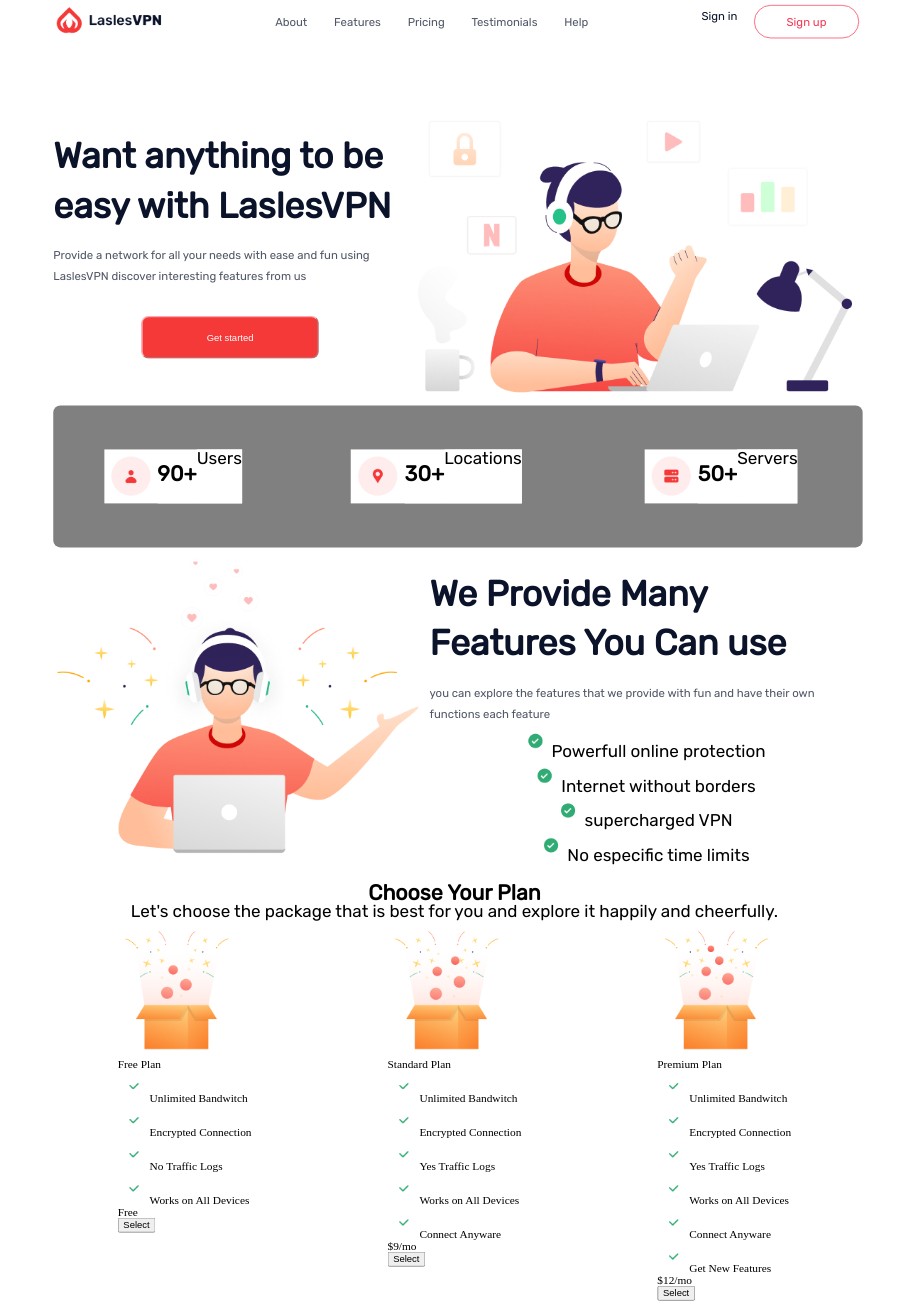
Repository: RaphaelMatheus-br/LP-251123
Page: index.html
An editor plug-in stored every save of this project. The page is shown before and after the next save, followed by the edit.
The browser window is 1280 px wide. The pictures show the whole page, at 71% of full size.

Above is the page before, as saved 2023-11-25 16:54:42.

### index.html
<!DOCTYPE html>
<html lang="en">

<head>
    <meta charset="UTF-8">
    <meta name="viewport" content="width=device-width, initial-scale=1.0">
    <title>Document</title>
    <link rel="stylesheet" href="style.css">
    <link rel="preconnect" href="https://fonts.googleapis.com">
<link rel="preconnect" href="https://fonts.gstatic.com" crossorigin>
<link href="https://fonts.googleapis.com/css2?family=Rubik&display=swap" rel="stylesheet">
</head>

<body>

<section class="container">
    <header class="header">
        <div class="logo">
            <img src="./imagens/Logo.png" alt="logo">
        </div>
        <div class="item1">
            <a href="#" class="item">About</a>
	        <a href="#" class="item">Features</a>
	        <a href="#" class="item">Pricing</a>
            <a href="#" class="item">Testimonials</a>
            <a href="#" class="item">Help</a>
        </div>
        <div class="item2">
            <div class="head__botao">
                <button class="botao1">Sign in</a>
            </div>
            <div class="head__botao--2">
                <button class="botao2">Sign up</a>
            </div>
        </div>
    </header>
</section>

<section class="container flex">
    <div class="box1">
        <div class="item">
            <h1 class="sobre__titulo">Want anything to be easy with LaslesVPN</h1>
            <p class="sobre__descricao">Provide a network for all your needs with ease and fun using LaslesVPN discover interesting features from us</p>
            <button class="sobre__botao">Get started</button>
        </div>
        <div class="img">
            <img src="./imagens/Illustration 1.png" alt="ilutracao__1">
        </div>
    </div>
</section>

<section class="container">
    <div class="item">
        <div class="rectangle">
            <div class="icons">
                <div class="user">
                    <img src="./imagens/user.png" alt="user__img">
                    <h1 class="sobre__user">90+</h1>
                    <p class="p__user">Users</p>
                </div>
                <div class="location">
                    <img src="./imagens/location.png" alt="location">
                    <h1 class="sobre__location">30+</h1>
                    <p class="p__location">Locations</p>
                </div>
                <div class="server">
                    <img src="./imagens/Server.png" alt="server">
                    <h1 class="sobre__server">50+</h1>
                    <p class="p__server">Servers</p>
                </div>
            </div>
        </div>
    </div>
</section>

<section class="container flex">
    <div class="box2">
            <div class="img">
                <img src="./imagens/Illustration 2.png" alt="ilutracao__2">
            </div>

            <div class="item">
                <h1 class="sobre__titulo">We Provide Many Features You Can use</h1>
                <p class="sobre__descricao">you can explore the features that we provide with fun and have their own functions each feature</p>
                <ul class="list">
                    <li><img src="./imagens/check.png" alt="check">Powerfull online protection</img></li>
                    <li><img src="./imagens/check.png" alt="check">Internet without borders</img></li>
                    <li><img src="./imagens/check.png" alt="check">supercharged VPN</img></li>
                    <li><img src="./imagens/check.png" alt="check">No especific time limits</img></li>
                </ul>
            </div>
    </div>
</section>

<section class="container flex" class="sessao__tres">
    <div class="item">
        <div class="choose__plan">
            <h1>Choose Your Plan</h1>
            <p>Let's choose the package that is best for you and explore it happily and cheerfully.</p>
        </div>
    </div>
</section>

<section class="container">
    <div class="box3">
                <div class="free plan">
                    <img src="./imagens/Free.png" alt="free">
                    <h3>Free Plan</h3>
                    <ul>
                        <li><img src="./imagens/jam_check.png">Unlimited Bandwitch</li>
                        <li><img src="./imagens/jam_check.png">Encrypted Connection</li>
                        <li><img src="./imagens/jam_check.png">No Traffic Logs</li>
                        <li><img src="./imagens/jam_check.png">Works on All Devices</li>
                    </ul>
                    <h2>Free</h2>
                    <button class="price__botao">Select</button>
                </div>

                <div class="Standard plan">
                    <img src="./imagens/Standard.png" alt="standard">
                    <h3>Standard Plan</h3>
                    <ul>
                        <li><img src="./imagens/jam_check.png">Unlimited Bandwitch</li>
                        <li><img src="./imagens/jam_check.png">Encrypted Connection</li>
                        <li><img src="./imagens/jam_check.png">Yes Traffic Logs</li>
                        <li><img src="./imagens/jam_check.png">Works on All Devices</li>
                        <li><img src="./imagens/jam_check.png">Connect Anyware</li>
                    </ul>
                    <h2>$9/mo</h2>
                    <button class="price__botao">Select</button>
                </div>

                <div class="Premium plan">
                    <img src="./imagens/Premium.png" alt="premium">
                    <h3>Premium Plan</h3>
                    <ul>
                        <li><img src="./imagens/jam_check.png">Unlimited Bandwitch</li>
                        <li><img src="./imagens/jam_check.png">Encrypted Connection</li>
                        <li><img src="./imagens/jam_check.png">Yes Traffic Logs</li>
                        <li><img src="./imagens/jam_check.png">Works on All Devices</li>
                        <li><img src="./imagens/jam_check.png">Connect Anyware</li>
                        <li><img src="./imagens/jam_check.png">Get New Features</li>
                    </ul>
                    <h2>$12/mo</h2>
                    <button class="price__botao">Select</button>
                </div>
    </div>
</section>

</body>
</html>

### style.css
html, body, div, span, applet, object, iframe,
h1, h2, h3, h4, h5, h6, p, blockquote, pre,
a, abbr, acronym, address, big, cite, code,
del, dfn, em, img, ins, kbd, q, s, samp,
small, strike, strong, sub, sup, tt, var,
b, u, i, center,
dl, dt, dd, ol, ul, li,
fieldset, form, label, legend,
table, caption, tbody, tfoot, thead, tr, th, td,
article, aside, canvas, details, embed,
figure, figcaption, footer, header, hgroup,
menu, nav, output, ruby, section, summary,
time, mark, audio, video {
	margin: 0;
	padding: 0;
	border: 0;
	font-size: 100%;
	font: inherit;
	vertical-align: baseline;
    background: white;
}
/* HTML5 display-role reset for older browsers */
article, aside, details, figcaption, figure,
footer, header, hgroup, menu, nav, section {
	display: block;
}
body {
	line-height: 1;
}

ol, ul {
	list-style: none;
}
blockquote, q {
	quotes: none;
}
blockquote:before, blockquote:after,
q:before, q:after {
	content: '';
	content: none;
}
table {
	border-collapse: collapse;
	border-spacing: 0;
}

.container {
    max-width: 1140px;
    margin: 0 auto;
    position: relative;
}

.header {
    display: flex;
    justify-content: space-between;
    align-items: center;
    width: 100%;
}
/* Flex Item */
.item {
	margin: 5px;
	text-align: center;
	font-size: 1.5em;
    font-family: Rubik;
}

.item1 {
    display:flex;
    align-items: center;
    justify-content: space-between;
    max-width: 451px;
    width: 100%;
}

.item1 a{
    color: #4F5665;
    font-family: Rubik;
    font-size: 16px;
    font-style: normal;
    font-weight: 400;
    line-height: normal;
    text-decoration: none;
}

.item2 {
display: flex;
justify-content: space-between;
max-width: 233px;
width: 100%;
}

.botao1 {
    color: #0B132A;
    font-family: Rubik;
    font-size: 16px;
    font-style: normal;
    font-weight: 500;
    line-height: normal;
    background-color: transparent;
    border: none;
}

.botao2{
    color: #F53855;
    font-family: Rubik;
    font-size: 16px;
    font-style: normal;
    font-weight: 500;
    line-height: normal;
    padding: 13px 45px;
    border-radius: 50px;
    border: 1px solid #F53855;
    background-color: transparent;
}

.head__botao {
    margin: 5px;
	text-align: center;
	font-size: 0.8em;
    font-weight: 700;
}

.head__botao a {
    color: #4F5665;
    font-family: Rubik;
    font-size: 16px;
    font-style: normal;
    font-weight: 400;
    line-height: normal;
    text-decoration: none;
}

h1 {
	text-align: center;
	margin: 20px 0 0 0;
	font-size: 1.25em;
	font-weight: 700;
}

.box1 {
    display: flex;
    margin-top: 100px;
}

.box2 {
    display: flex;
}

.box3 {
    display: flex;
}
.sobre__titulo {
    font-weight: 700;
    color: #0B132A;
    font-family: Rubik;
    font-size: 50px;
    font-style: normal;
    font-weight: 700;
    line-height: 70px;
    text-align: left;
}

.sobre__descricao {
    color: #4F5665;
    font-family: Rubik;
    font-size: 16px;
    font-style: normal;
    font-weight: 400;
    line-height: 30px; /* 187.5% */
    text-align: left;
    margin-top: 20px;
}

.sobre__botao {
width: 250px;
height: 60px;
flex-shrink: 0;
border-radius: 10px;
border-color: rgba(255, 193, 193, 0.842);
background: #F53838;
color: white;
margin-top: 40px;
}

.rectangle {
width: 1140px;
height: 200px;
flex-shrink: 0;
border-radius: 10px;
background: gray;
border-color: white;
}

.icons {
width: 100%;
height: 100%;
flex-shrink: 0;
display: flex;
align-items: center;
position: absolute;
max-width: 100%;
justify-content: space-around;
background-color: transparent;
}

img {
    margin: 10px
}

.user {
display: flex;
}

.location {
display: flex;;
margin-right: 20px;
margin-left: 10px;
}

.server {
display: flex;;
margin-right: 20px;
margin-left: 10px;
}


.sessao__tres{
    background-color: grey;
    align-content: center;
    padding-top: 50px;
}

.box3 {
    display: flex;
    width: 100%;
    justify-content: space-around;
}

After the next save:
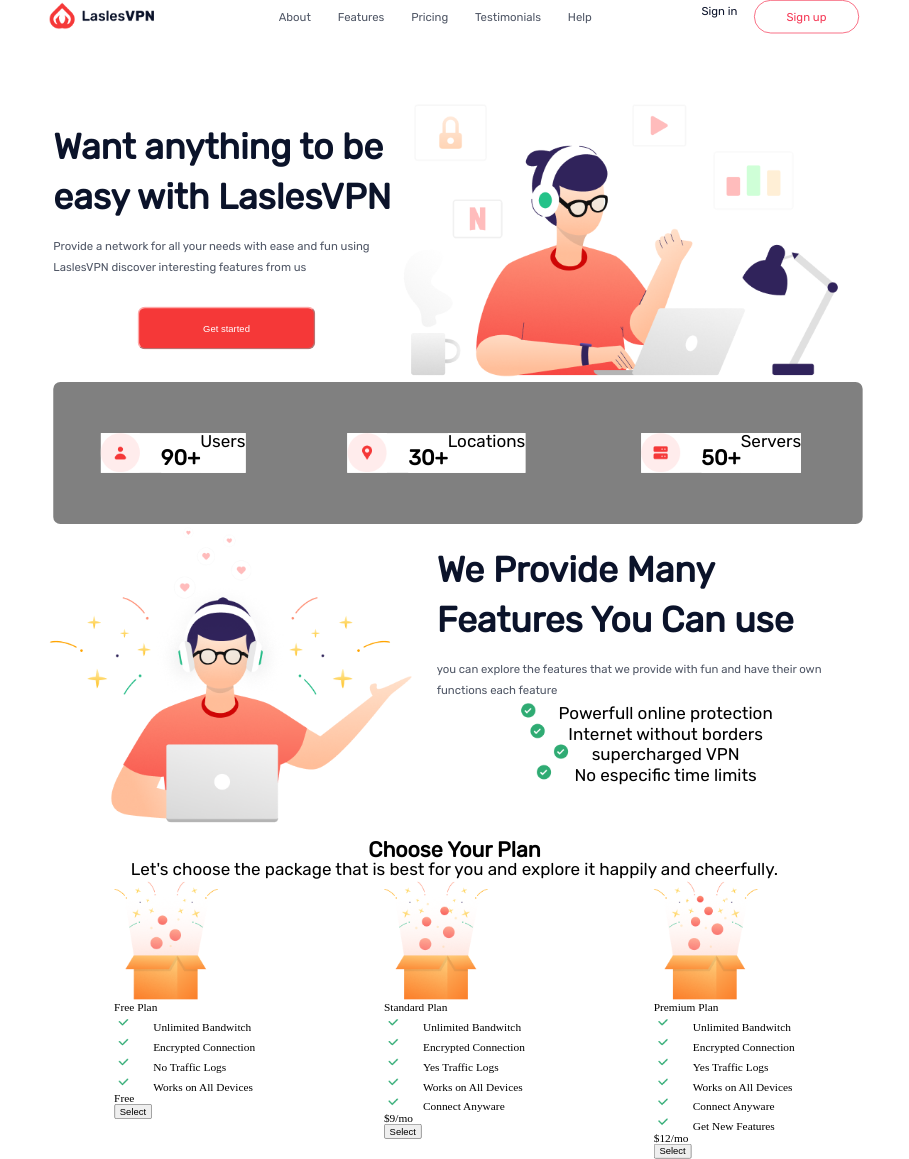
Saved 26 s later.
--- a/style.css
+++ b/style.css
@@ -204,7 +204,7 @@
 }
 
 img {
-    margin: 10px
+    margin-right: 30px
 }
 
 .user {
